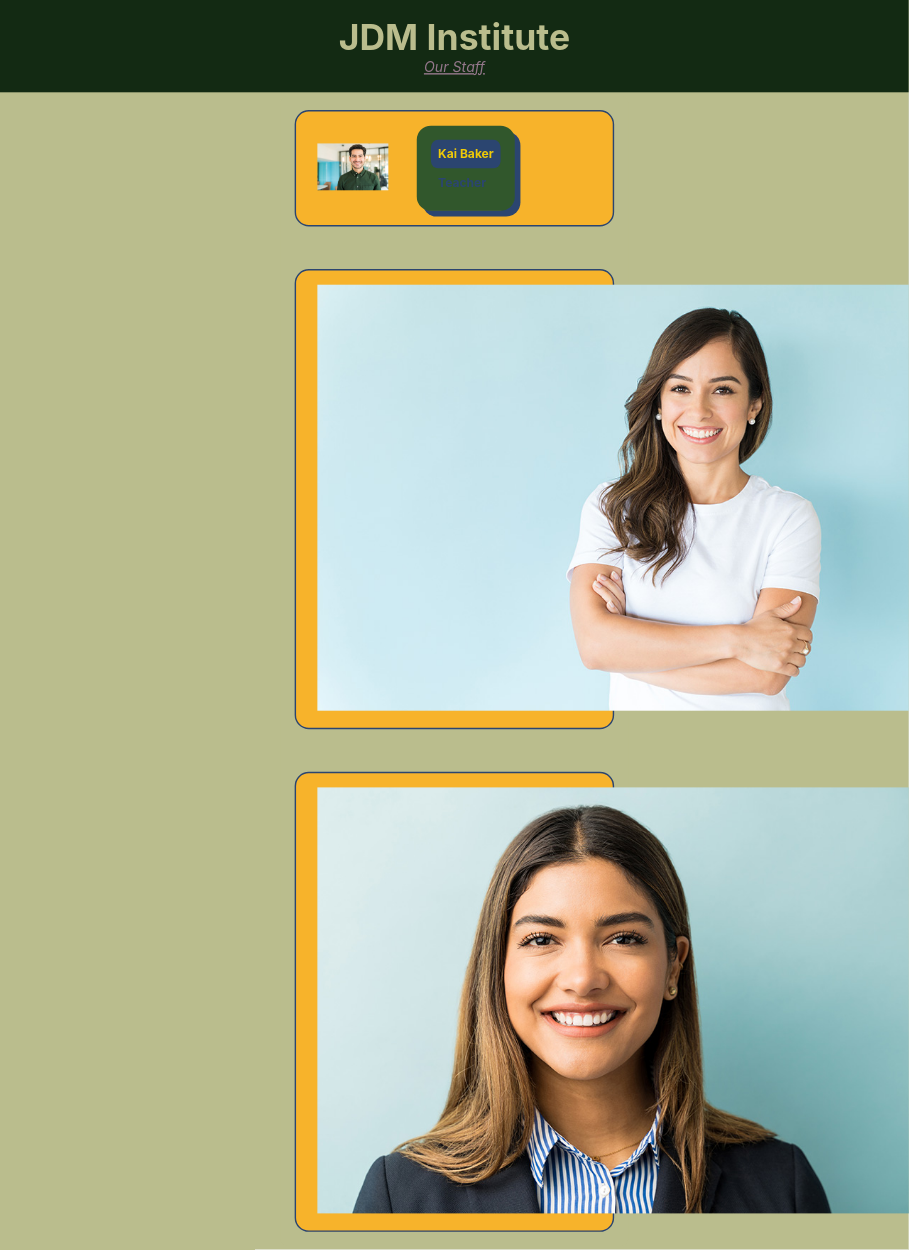
Repository: jennydmcm/class03practice
Page: /about
An editor plug-in stored every save of this project. The page is shown before and after the next save, followed by the edit.
The browser window is 1280 px wide. The pictures show the whole page, at 71% of full size.
The project was rebuilt for these pictures with package versions that can differ from the ones it lists, and the page was loaded fresh each time. The framework's server and built-in components were replaced by stand-ins that run in the browser. Also part of the build but not shown: next.config.js.

Above is the page before, as saved 2023-01-24 21:26:22.

### pages/about.js
import Head from 'next/head'
import Image from 'next/image'
import { Inter } from '@next/font/google'
import data from '../data/employee.json'
import Link from 'next/link'
import { useState } from 'react'
import Card from '@/components/Card/about'
import styles from '@/styles/About.module.css'

export default function About() {
    const [information, setInformation] = useState([...data])

    return (
        <>
            <Head>
                <title>About Us</title>
                <meta name="description" content="Generated by create next app"/>
                <meta name="viewport" content="width=device-width, initial-scale=1"/>
                <link rel="icon" href="/favicon.ico"/>
            </Head>
            <main className={styles.main}>
        <div className={styles.navbar}>
          <div className={styles.navtitle}>JDM Institute</div>
          <div className={styles.navbutton}>
            <Link className={styles.link} href="about">Our Staff</Link>
          </div>
        </div>

      <div className={styles.cards}>
        {
         information && information.map((info, index) => {
              return (
                <Card
                class="employee-card"
                key={index}
                name={info.name}
                position={info.position}
                colourCard="#f7b32b"
                colourInfo="#EFCA08"
                colourBorder="#2B4570"
                font="17px"
                fontColour="#2B4570"
                />
              )

          })
        }


        </div>
      </main>
    </>
  )
      }

### data/employee.json
[
    {
        "employeeNumber": "78896",
        "name": "Kai Baker",
        "department": "Science",
        "position": "Teacher"

    },
    {
        "employeeNumber": "78897",
        "name": "Jenny McMahon",
        "department": "Science",
        "position": "Principal"
    },
    {
        "employeeNumber": "78898",
        "name": "Sophia Roddick",
        "department": "Science",
        "position": "Teacher"
    }
]

### components/Card/about.js
export default function Card ({
    name="none",
    position="none",
    colourCard="none",
    colourInfo="none",
    font="0",
    fontColour="white",
    image="icon/personTwo.png"
}) {
    return (
        <div style={{
            backgroundColor: colourCard,
            fontSize: font,
            color: fontColour,
            border: "2px solid",
            display: "flex",
            alignItems:"center",
            borderRadius: "20px",
            width: "450px",
            padding: "20px",
            margin: "20px",
            fontWeight: "700"
        }}>
            <div style={{
                marginRight: "40px",
                marginLeft: "10px"
            }}>
                {
                    name === "Kai Baker" ? <img src={"icon/kai.jpg"} width={"100px"}/>:
                    name === "Jenny McMahon" ? <img src={'icon/jenny.jpg'} />:
                    name === "Sophia Roddick" ? <img src={'icon/sophia.jpg'}/>:
                    <img src={image}/>
                }
            </div>
            <div style={{
                backgroundColor: "#31572C",
                borderRadius: "20px",
                boxShadow: "8px 8px #2B4570",
                padding: "20px",
                display: "flex",
                flexDirection:"column",
                alignItems: "center",
                justifyContent: "center",

            }}>
                <div style={{
                    padding: "10px",
                    width: "100%",
                    backgroundColor: "#2B4570",
                    color: "#EFCA08",
                    textAlign: "center",
                    borderRadius: "10px"
                }}>
                    {name}
                </div>
                <div style={{
                    padding: "10px",
                    textAlign: "left",
                    width: "100%"
                }}>
                    {position}
                </div>

                </div>
            </div>
    )
            }

### styles/About.module.css
.main {
    display: flex;
    flex-direction: column;
    justify-content: space-between;
    align-items: center;
    background-color: #BABD8D;
  }



  .navbar{
    display: flex;
    flex-direction: column;
    width: 100%;
    height: 130px;
    background-color: #132A13;
    justify-content: center;
    align-items: center;

  }

  .navtitle{
    font-size: 50px;
    font-weight: bold;
    font-family: 'Inter';
    color: #BABD8D;
  }
  .link{
    font-size: 20px;
    font-family: 'Inter';
    color: #94778B;
    font-style: italic;
    text-decoration: underline;
  }
  .cards{
    display: flex;
    flex-direction: column;
    align-items: center;
    margin: 5px;
    gap: 20px;
    min-height: 100vh;
    background-color: #BABD8D;
    justify-content: space-between;
    font-family: 'Inter';
    border-radius: 10px;
    color: #BABD8D;
  }


  .description {
    display: inherit;
    justify-content: inherit;
    align-items: inherit;
    font-size: 1rem;
    max-width: var(--max-width);
    width: 100%;
    z-index: 2;
    font-family: var(--font-mono);
  }

  .description a {
    display: flex;
    justify-content: center;
    align-items: center;
    gap: 1rem;
  }

  .description p {
    position: relative;
    margin: 0;
    padding: 1rem;
    background-color: rgba(var(--callout-rgb), 0.5);
    border: 1px solid rgba(var(--callout-border-rgb), 0.3);
    border-radius: var(--border-radius);
  }

  .code {
    font-weight: 700;
    font-family: var(--font-mono);
  }

  .grid {
    display: grid;
    grid-template-columns: repeat(4, minmax(25%, auto));
    width: var(--max-width);
    max-width: 100%;
  }

  .card {
    padding: 1rem 1.2rem;
    border-radius: var(--border-radius);
    background: rgba(var(--card-rgb), 0);
    border: 1px solid rgba(var(--card-border-rgb), 0);
    transition: background 200ms, border 200ms;
  }

  .card span {
    display: inline-block;
    transition: transform 200ms;
  }

  .card h2 {
    font-weight: 600;
    margin-bottom: 0.7rem;
  }

  .card p {
    margin: 0;
    opacity: 0.6;
    font-size: 0.9rem;
    line-height: 1.5;
    max-width: 30ch;
  }

  .center {
    display: flex;
    justify-content: center;
    align-items: center;
    position: relative;
    padding: 4rem 0;
  }

  .center::before {
    background: var(--secondary-glow);
    border-radius: 50%;
    width: 480px;
    height: 360px;
    margin-left: -400px;
  }

  .center::after {
    background: var(--primary-glow);
    width: 240px;
    height: 180px;
    z-index: -1;
  }

  .center::before,
  .center::after {
    content: '';
    left: 50%;
    position: absolute;
    filter: blur(45px);
    transform: translateZ(0);
  }

  .logo,
  .thirteen {
    position: relative;
  }

  .thirteen {
    display: flex;
    justify-content: center;
    align-items: center;
    width: 75px;
    height: 75px;
    padding: 25px 10px;
    margin-left: 16px;
    transform: translateZ(0);
    border-radius: var(--border-radius);
    overflow: hidden;
    box-shadow: 0px 2px 8px -1px #0000001a;
  }

  .thirteen::before,
  .thirteen::after {
    content: '';
    position: absolute;
    z-index: -1;
  }

  /* Conic Gradient Animation */
  .thirteen::before {
    animation: 6s rotate linear infinite;
    width: 200%;
    height: 200%;
    background: var(--tile-border);
  }

  /* Inner Square */
  .thirteen::after {
    inset: 0;
    padding: 1px;
    border-radius: var(--border-radius);
    background: linear-gradient(
      to bottom right,
      rgba(var(--tile-start-rgb), 1),
      rgba(var(--tile-end-rgb), 1)
    );
    background-clip: content-box;
  }

  /* Enable hover only on non-touch devices */
  @media (hover: hover) and (pointer: fine) {
    .card:hover {
      background: rgba(var(--card-rgb), 0.1);
      border: 1px solid rgba(var(--card-border-rgb), 0.15);
    }

    .card:hover span {
      transform: translateX(4px);
    }
  }

  @media (prefers-reduced-motion) {
    .thirteen::before {
      animation: none;
    }

    .card:hover span {
      transform: none;
    }
  }

  /* Mobile */
  @media (max-width: 700px) {
    .content {
      padding: 4rem;
    }

    .grid {
      grid-template-columns: 1fr;
      margin-bottom: 120px;
      max-width: 320px;
      text-align: center;
    }

    .card {
      padding: 1rem 2.5rem;
    }

    .card h2 {
      margin-bottom: 0.5rem;
    }

    .center {
      padding: 8rem 0 6rem;
    }

    .center::before {
      transform: none;
      height: 300px;
    }

    .description {
      font-size: 0.8rem;
    }

    .description a {
      padding: 1rem;
    }

    .description p,
    .description div {
      display: flex;
      justify-content: center;
      position: fixed;
      width: 100%;
    }

    .description p {
      align-items: center;
      inset: 0 0 auto;
      padding: 2rem 1rem 1.4rem;
      border-radius: 0;
      border: none;
      border-bottom: 1px solid rgba(var(--callout-border-rgb), 0.25);
      background: linear-gradient(
        to bottom,
        rgba(var(--background-start-rgb), 1),
        rgba(var(--callout-rgb), 0.5)
      );
      background-clip: padding-box;
      backdrop-filter: blur(24px);
    }

    .description div {
      align-items: flex-end;
      pointer-events: none;
      inset: auto 0 0;
      padding: 2rem;
      height: 200px;
      background: linear-gradient(
        to bottom,
        transparent 0%,
        rgb(var(--background-end-rgb)) 40%
      );
      z-index: 1;
    }
  }

  /* Tablet and Smaller Desktop */
  @media (min-width: 701px) and (max-width: 1120px) {
    .grid {
      grid-template-columns: repeat(2, 50%);
    }
  }

  @media (prefers-color-scheme: dark) {
    .vercelLogo {
      filter: invert(1);
    }

    .logo,
    .thirteen img {
      filter: invert(1) drop-shadow(0 0 0.3rem #ffffff70);
    }
  }

  @keyframes rotate {
    from {
      transform: rotate(360deg);
    }
    to {
      transform: rotate(0deg);
    }
  }

Loaded but not shown: pages/_app.js (common file); pages/_document.js (common file); styles/globals.css (common file)

After the next save:
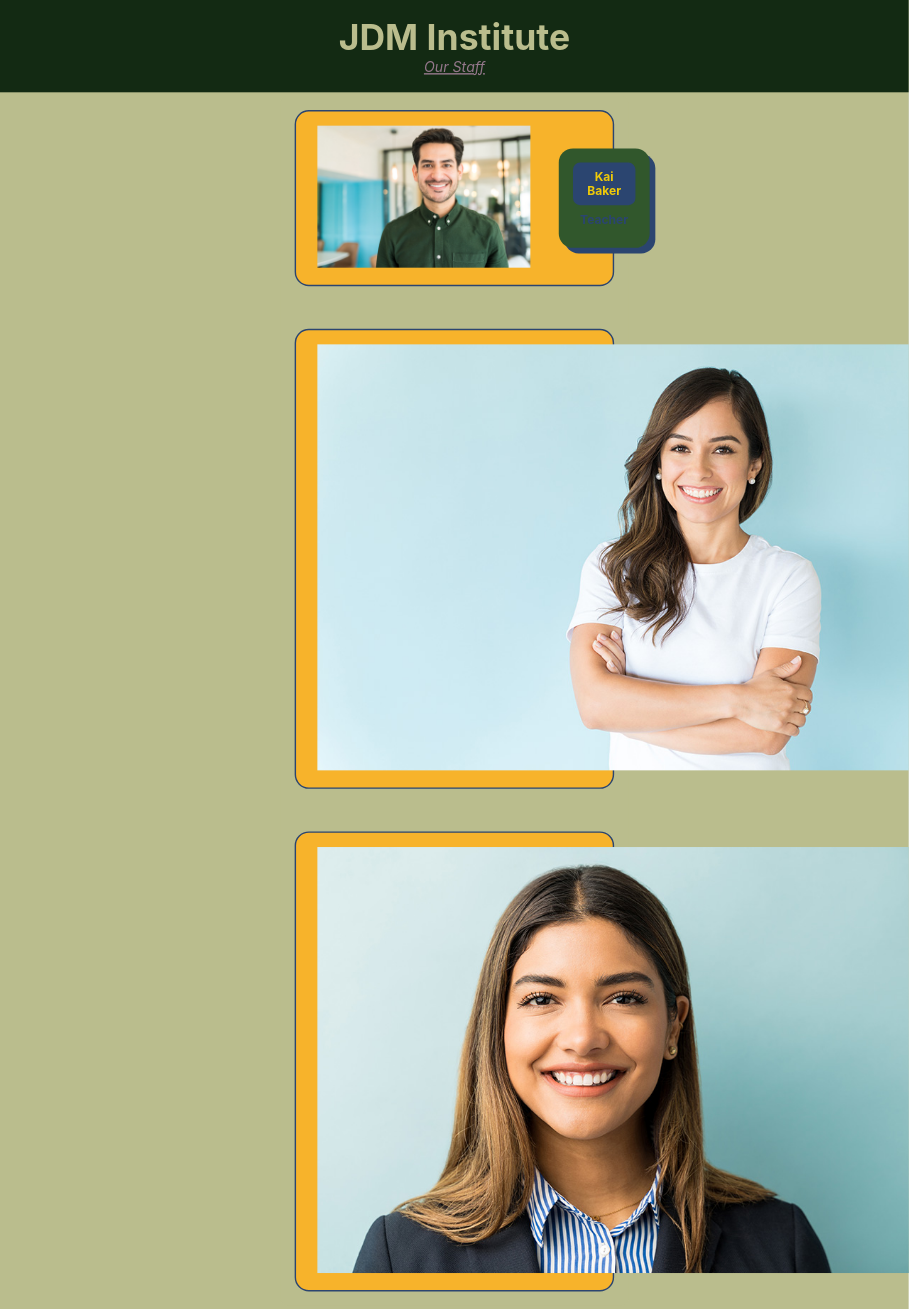
Saved 5 s later.
--- a/components/Card/about.js
+++ b/components/Card/about.js
@@ -26,7 +26,7 @@
                 marginLeft: "10px"
             }}>
                 {
-                    name === "Kai Baker" ? <img src={"icon/kai.jpg"} width={"100px"}/>:
+                    name === "Kai Baker" ? <img src={"icon/kai.jpg"} width={"300px"}/>:
                     name === "Jenny McMahon" ? <img src={'icon/jenny.jpg'} />:
                     name === "Sophia Roddick" ? <img src={'icon/sophia.jpg'}/>:
                     <img src={image}/>

After the save that followed:
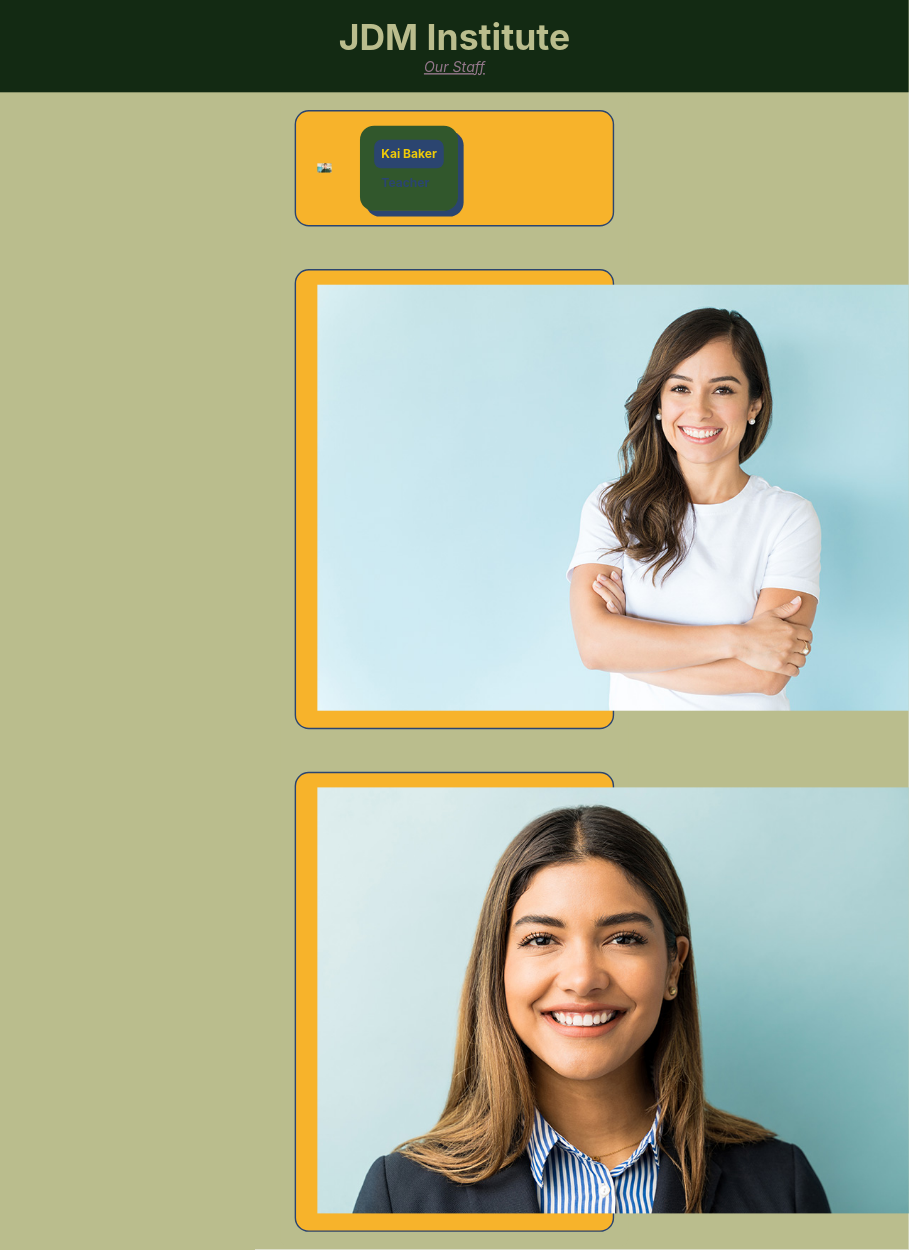
Saved 5 s later.
--- a/components/Card/about.js
+++ b/components/Card/about.js
@@ -26,7 +26,7 @@
                 marginLeft: "10px"
             }}>
                 {
-                    name === "Kai Baker" ? <img src={"icon/kai.jpg"} width={"300px"}/>:
+                    name === "Kai Baker" ? <img src={"icon/kai.jpg"} width={"20px"}/>:
                     name === "Jenny McMahon" ? <img src={'icon/jenny.jpg'} />:
                     name === "Sophia Roddick" ? <img src={'icon/sophia.jpg'}/>:
                     <img src={image}/>
